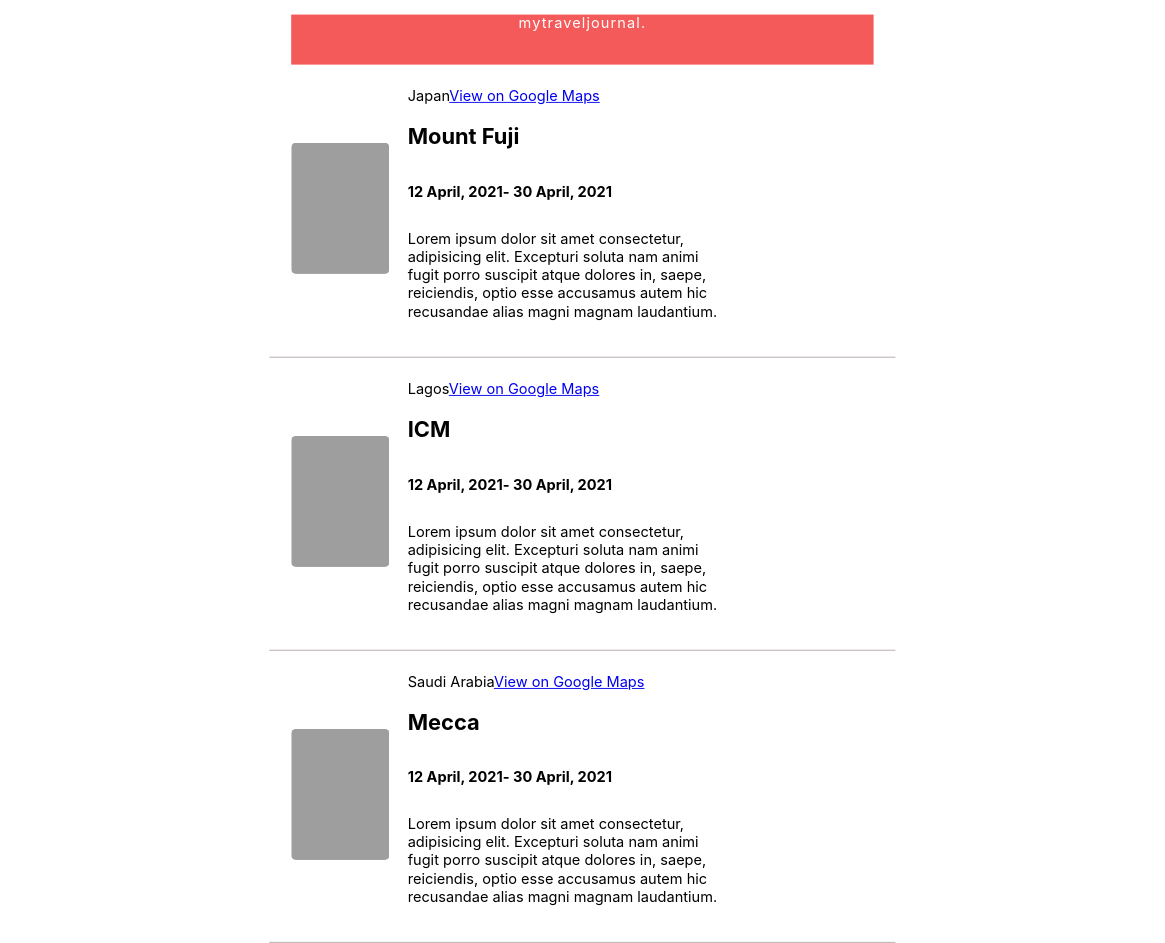
Repository: BuduCE/travel-journal
Page: /
These files come from the project's save history. The page is drawn as it stood at one moment and after a run of saves; the edit follows.
The browser window is 1280 px wide. The pictures show the whole page, at 91% of full size.
Pictures or frames that could not be fetched are drawn as grey boxes. The project was rebuilt for these pictures with package versions that can differ from the ones it lists, and the page was loaded fresh each time.

Above is the page before, as saved 2022-08-25 13:31:01.

### src/App.js
import './App.css';
import Home from './components/Home';
import Tour from './components/Tour';
import data from './data'

function App() {
  // Mapping through the data file
  const places = data.map(place => {
    return <Tour
              key = {place.id}
              {...place}
            />
  })

  return (
    <div className="App">
      <Home />
      {/* <Tour /> */}
      {places}
    </div>
  );
}

export default App;

### src/components/Home/index.jsx
import Tour from '../Tour'
import data from '../../data'
import './styles.css'

const Home = () => {


  return (
    <div className='Home'>
      <section className='header'>
        <p>mytraveljournal.</p>
      </section>
    </div>
  )
}

export default Home

### src/components/Tour/index.jsx
import './styles.css'
import camp from './camp.jpg'

const Tour = (props) => {
  return (
    <div className='Tour'>
      {/* Section 1 */}
      <div className="tour-img">
        {/* <img src={camp} alt="" /> */}
        <img src={props.image} alt="" />
      </div>

      {/* Section 2 */}
      <div className="tour-info">
        <div className="tour-loc">
          <img src="" alt="" />
          <span>{props.location}</span>
          <a href={props.googleMapsUrl}>View on Google Maps</a>
        </div>
        <h2>{props.title}</h2>
        <div className="tour-data">
          <p><b>{props.startDate}</b></p>
          <p><b>- {props.endDate}</b></p>
        </div>

        <p className='tour-desc'>
          Lorem ipsum dolor sit amet consectetur, adipisicing elit. Excepturi soluta nam animi fugit porro suscipit atque dolores in, saepe, reiciendis, optio esse accusamus autem hic recusandae alias magni magnam laudantium.
        </p>
      </div>

    </div>
  )
}

export default Tour

### src/data.js
export default [
    {
        id: 1,
        title: "Mount Fuji",
        location: "Japan",
        googleMapsUrl: "https://googlemaps",
        startDate: "12 April, 2021",
        endDate: "30 April, 2021",
        image: "https://images.unsplash.com/photo-1657214059212-104dac959c56?ixlib=rb-1.2.1&ixid=MnwxMjA3fDF8MHxzZWFyY2h8MXx8dHJhdmVsfGVufDB8fDB8fA%3D%3D&auto=format&fit=crop&w=500&q=60",
    },
    {
        id: 2,
        title: "ICM",
        location: "Lagos",
        googleMapsUrl: "https://googlemaps",
        startDate: "12 April, 2021",
        endDate: "30 April, 2021",
        image:"https://images.unsplash.com/photo-1527631746610-bca00a040d60?ixlib=rb-1.2.1&ixid=MnwxMjA3fDB8MHxzZWFyY2h8MTJ8fHRyYXZlbHxlbnwwfHwwfHw%3D&auto=format&fit=crop&w=500&q=60",
    },
    {
        id: 3,
        title: "Mecca",
        location: "Saudi Arabia",
        googleMapsUrl: "https://googlemaps",
        startDate: "12 April, 2021",
        endDate: "30 April, 2021",
        image:"https://images.unsplash.com/photo-1528543606781-2f6e6857f318?ixlib=rb-1.2.1&ixid=MnwxMjA3fDB8MHxzZWFyY2h8MTh8fHRyYXZlbHxlbnwwfHwwfHw%3D&auto=format&fit=crop&w=500&q=60",
    },
]

### src/components/Home/styles.css
.Home{
    width: 50%;
    margin: auto;
}
.header{
    background: #F55A5A;
    height: 55px;
    text-align: center;
    font-size: 1rem;
    line-height: 18px;
    letter-spacing: 0.075em;
    color: #fff;
}
.tour-list{
    /* padding: 40px; */
}

### src/components/Tour/styles.css
.Tour{
    width: 50%;
    margin: auto;
    display: grid;
    grid-template-columns: 1fr 4fr;
    padding: 24px;
    align-items: center;
    border-bottom: 1px solid #b3a7a7;
}
.tour-img{
    margin-right: 20px;
}
.tour-img > img{
    width: 100%;
    height: 20vh;
    border-radius: 5px;
}
.tour-data{
    display: flex;
}
.tour-desc{
    width: 70%;
}

Loaded but not shown: public/index.html (common file); src/index.js (common file); src/index.css (common file); src/reportWebVitals.js (common file); src/App.css (common file)

After the next 2 saves:
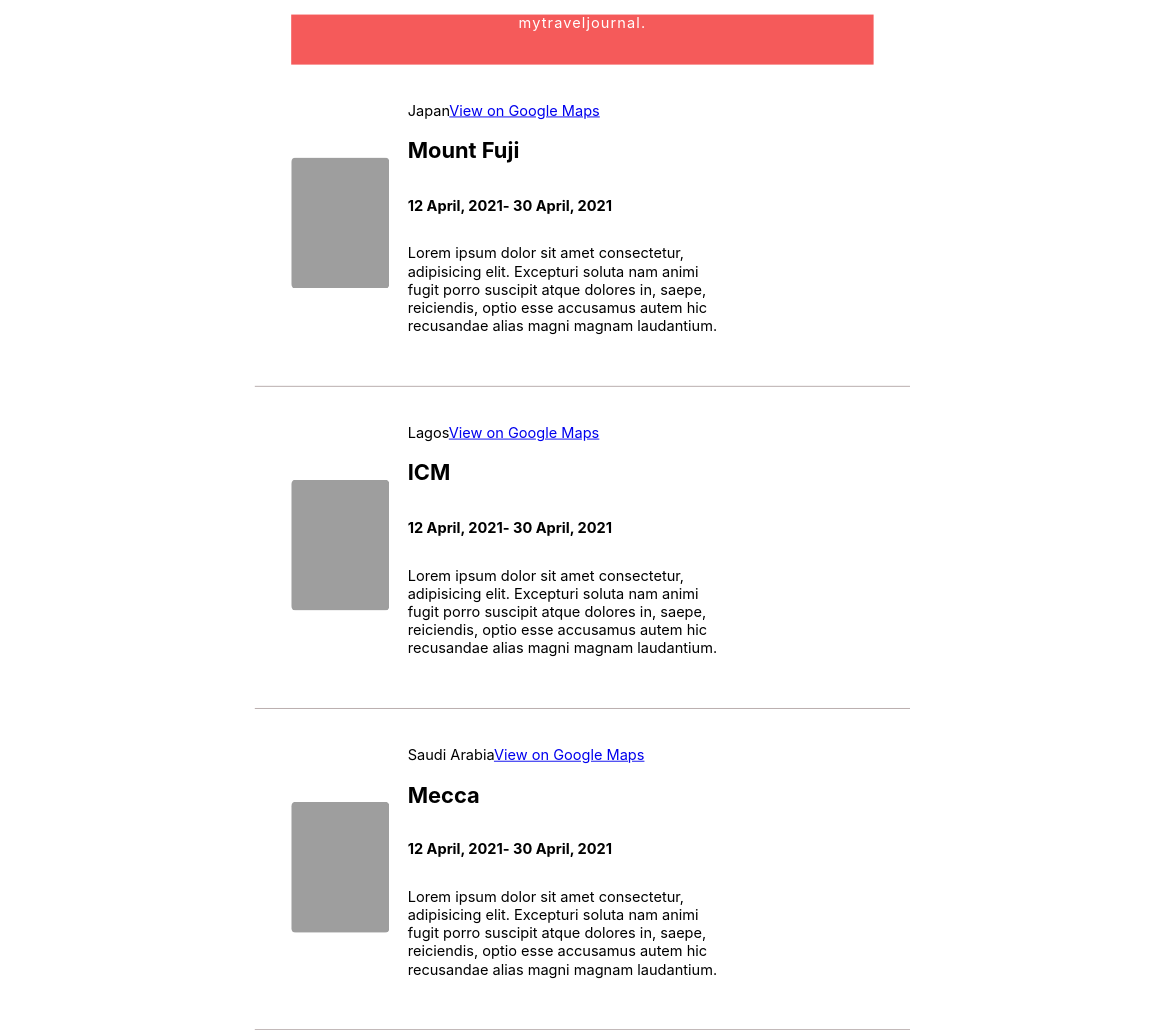
The 2 saves are shown as one change because they came seconds apart.
The last was saved 39 s later.
--- a/src/components/Tour/styles.css
+++ b/src/components/Tour/styles.css
@@ -3,7 +3,7 @@
     margin: auto;
     display: grid;
     grid-template-columns: 1fr 4fr;
-    padding: 24px;
+    padding: 40px;
     align-items: center;
     border-bottom: 1px solid #b3a7a7;
 }
